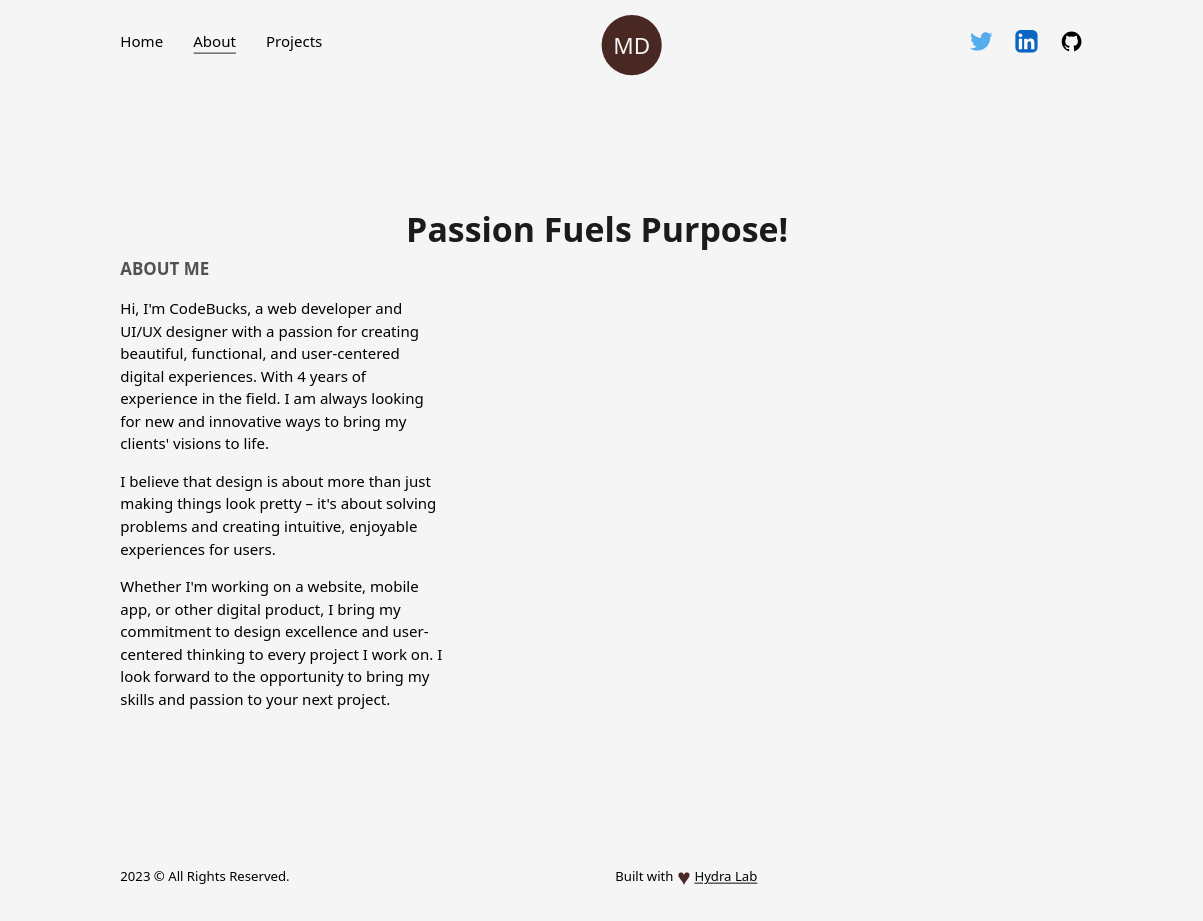
Repository: marcusdashe/situs
Page: /about
An editor plug-in stored every save of this project. The page is shown before and after the next save, followed by the edit.
The browser window is 1280 px wide. The pictures show the whole page, at 94% of full size.
The project was rebuilt for these pictures with package versions that can differ from the ones it lists, and the page was loaded fresh each time. The framework's server and built-in components were replaced by stand-ins that run in the browser.

Above is the page before, as saved 2023-06-29 13:46:23.

After the next save:
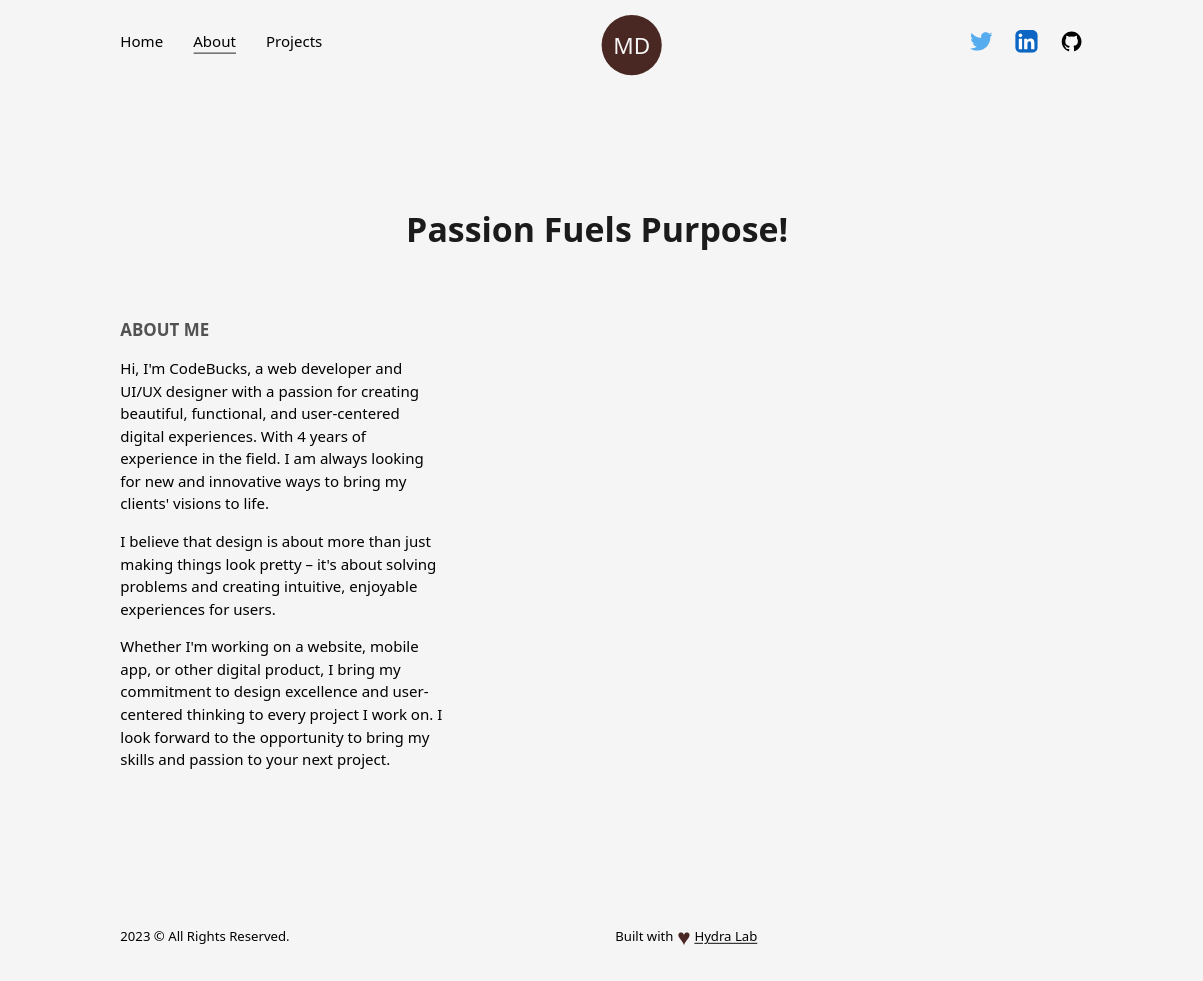
Saved 2 min 22 s later.
--- a/src/pages/about.js
+++ b/src/pages/about.js
@@ -13,7 +13,7 @@ const About = () => {
 
       <main className="flex w-full flex-col items-center justify-center">
         <Layout className="pt-15">
-          <AnimatedText text="Passion Fuels Purpose!" />
+          <AnimatedText text="Passion Fuels Purpose!" className="mb-16" />
           <div className="grid w-full grid-cols-8 gap-16">
             <div className="col-span-3 flex flex-col items-start justify-start ">
               <h2 className="mb-4 text-lg font-bold uppercase text-dark/75">
@@ -31,7 +31,7 @@ const About = () => {
                 pretty – it's about solving problems and creating intuitive,
                 enjoyable experiences for users.
               </p>
-              <p className="font-medium">
+              <p className="font-medium ">
                 Whether I'm working on a website, mobile app, or other digital
                 product, I bring my commitment to design excellence and
                 user-centered thinking to every project I work on. I look
